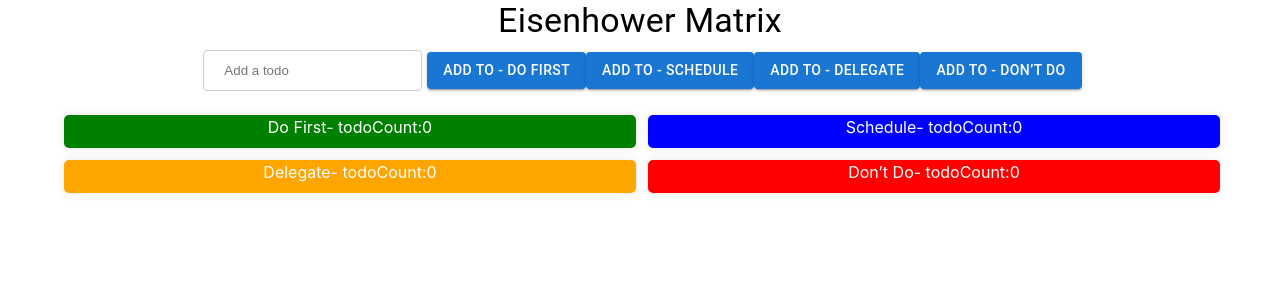
Repository: GokulDev4U/Krixi_react_assignment
Page: /, after clicking the first element matching `button.MuiButtonBase-root`
The author's editor kept a copy of each file at every save. The page is drawn from the files as they stood at one save, then again after the next save.
The browser window is 1280 px wide. The pictures show the whole page.
The project was rebuilt for these pictures with package versions that can differ from the ones it lists, and the page was loaded fresh each time.

Above is the page before, as saved 2022-04-04 17:23:05.

After the next save:
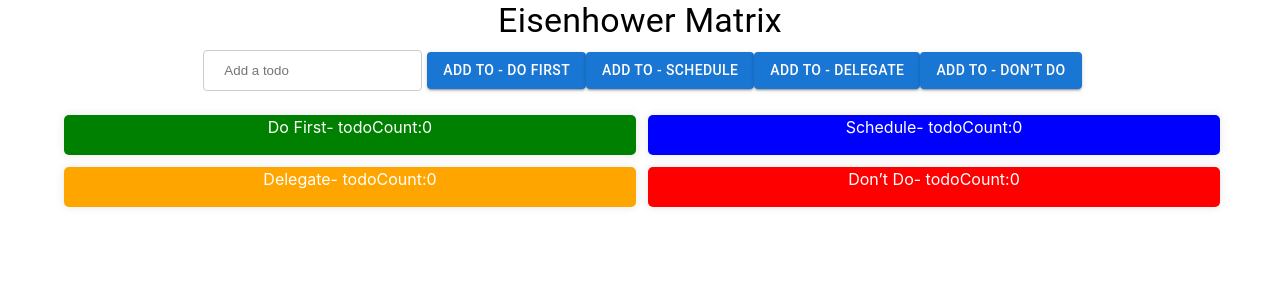
Saved 20 s later.
--- a/src/Components/card/Card.css
+++ b/src/Components/card/Card.css
@@ -14,5 +14,5 @@
       height: 100%;
       background-color: rgb(187, 231, 202);
       border-radius: 5px;
-      margin: 5px 0px;
+      margin: 12px 0px;
  }
